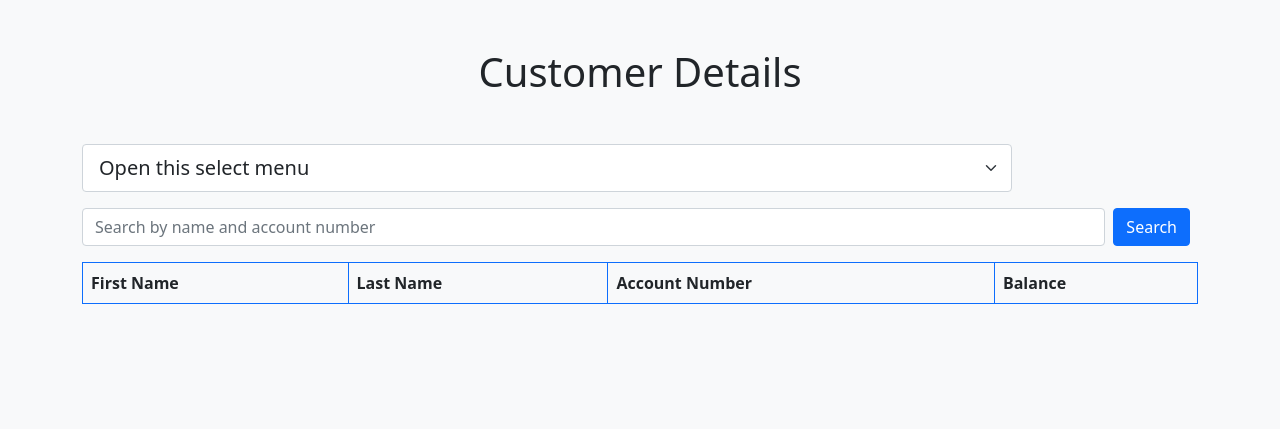
Repository: valletivarish/monojsp
Page: http://localhost/11-bank-application/view-customers.jsp
The author's editor kept a copy of each file at every save. The page is drawn from the files as they stood at one save, then again after the next save.
The browser window is 1280 px wide. The pictures show the whole page.
The page is served by Tomcat 9. The template is opened directly, without the code that normally fills it, so the values that code supplies are empty.

Above is the page before, as saved 2024-07-21 10:05:59.

After the next save:
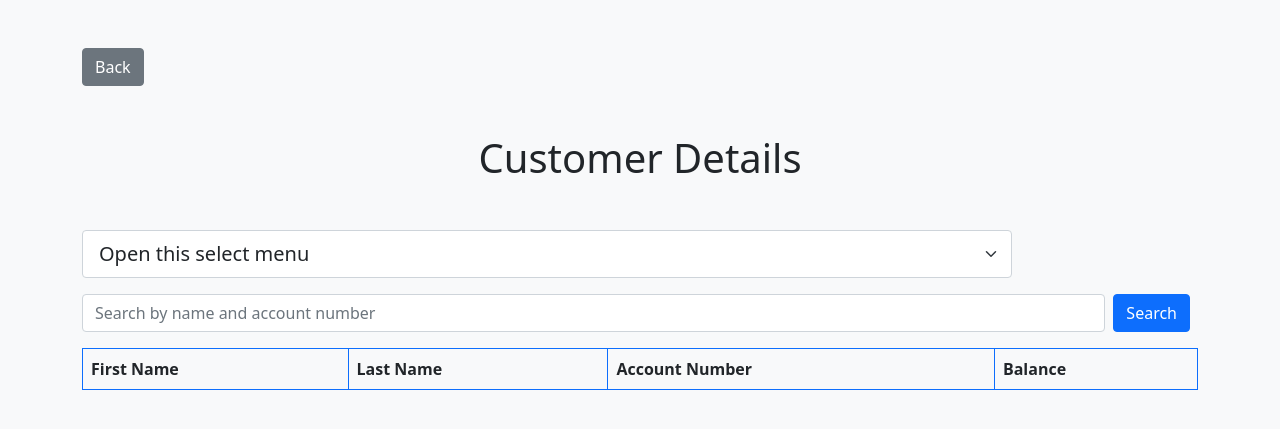
Saved 23 s later.
--- a/11-bank-application/WebContent/view-customers.jsp
+++ b/11-bank-application/WebContent/view-customers.jsp
@@ -13,6 +13,7 @@
 </head>
 <body class="bg-light">
     <div class="container-lg my-5">
+     	<a class="btn btn-secondary" href="/admin">Back</a>
 		<h1 class="text-center my-5">Customer Details</h1>
 		<form action="admin" method="get">
 			<div class="col-sm-10">
